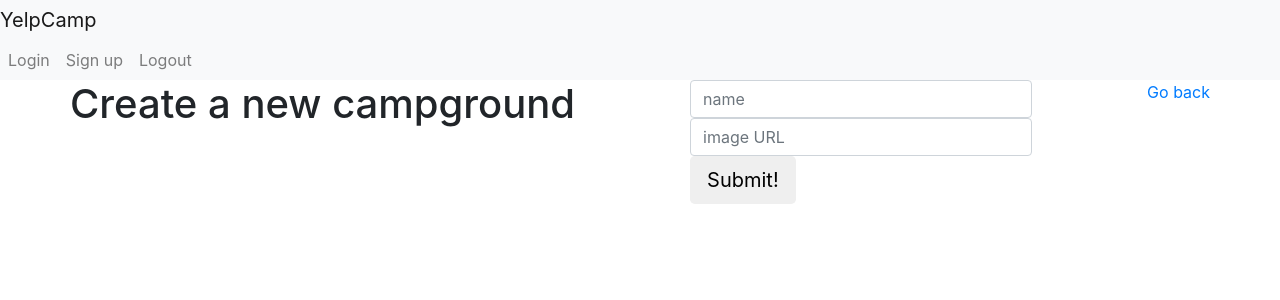
Repository: DevIvanVarela/the-web-developer-bootcamp
Page: http://localhost/campgrounds/new
The author's editor kept a record of every edit. The page is drawn from the files as they stood at one moment, then again after the next edit.
The browser window is 1280 px wide. The pictures show the whole page.
The page is served by the project's Node server (YelpCamp/v1/app.js).

Above is the page before.

### workspace/YelpCamp/v1/views/new.ejs
<% include partials/header %>
<div class="container">
    <div class="row">
        <h1>Create a new campground</h1>
        <div style="width: 30%; margin: 0 auto;">
            <form action="/campgrounds" method="POST">
                <input class="form-control" type="text" name="name" placeholder="name">
                <input class="form-control" type="text" name="image" placeholder="image URL">
                <button class="btn btn-lg btn-default">Submit!</button>
            </form>
        </div>
        <a href="/campgrounds">Go back</a>
    </div>
</div>
<% include partials/footer %>

### workspace/YelpCamp/v1/views/partials/header.ejs
<!DOCTYPE html>
<html>
    <head>
        <title>YelpCamp</title>
        <link rel="stylesheet" href="https://stackpath.bootstrapcdn.com/bootstrap/4.1.3/css/bootstrap.min.css">
    </head>
    <body>
    <nav class="navnavbar navbar-expand-lg navbar-light bg-light">
        <a class="navbar-brand" href="/">YelpCamp</a>
        <div class="collapse navbar-collapse">
            <ul class="navbar-nav mr-auto">
                <li class="nav-item"><a href="/" class="nav-link">Login</a></li>
                <li class="nav-item"><a href="/" class="nav-link">Sign up</a></li>
                <li class="nav-item"><a href="/" class="nav-link">Logout</a></li>
            </ul>
        </div>
    </nav>

### workspace/YelpCamp/v1/app.js
var express = require("express");
var app = express();
var bodyParser = require("body-parser");

app.use(bodyParser.urlencoded({extended: true}));
app.set("view engine", "ejs");

app.get("/", function(req, res) {
    res.render("landing");
});

var campgrounds = [
    { name: "Salmon Creek", image: "https://photosforclass.com/download/flickr-16263386718" },
    { name: "Granite Hill", image: "https://photosforclass.com/download/pixabay-1851092?webUrl=https%3A%2F%2Fpixabay.com%2Fget%2Fe83db40e28fd033ed1584d05fb1d4e97e07ee3d21cac104491f1c07ea3ebb5bf_960.jpg&user=Pexels" },
    { name: "Montain Goat's Rest", image: "https://photosforclass.com/download/pixabay-1208201?webUrl=https%3A%2F%2Fpixabay.com%2Fget%2Fe837b1072af4003ed1584d05fb1d4e97e07ee3d21cac104491f1c07ea3ebb5bf_960.jpg&user=Free-Photos" }
];

app.get("/campgrounds", function(req, res){
   res.render("campgrounds", {campgrounds: campgrounds});
});

app.post("/campgrounds", function(req, res){
    var name = req.body.name;
    var image = req.body.image;

    campgrounds.push({name: name, image: image});

    res.redirect("/campgrounds");
});

app.get("/campgrounds/new", function(req, res){
    res.render("new.ejs");

});

app.listen(process.env.PORT, process.env.IP, function() {
   console.log("The YelpCamp Server has started.");
});

Loaded but not shown: workspace/YelpCamp/v1/views/partials/footer.ejs (common file)

After the next edit:
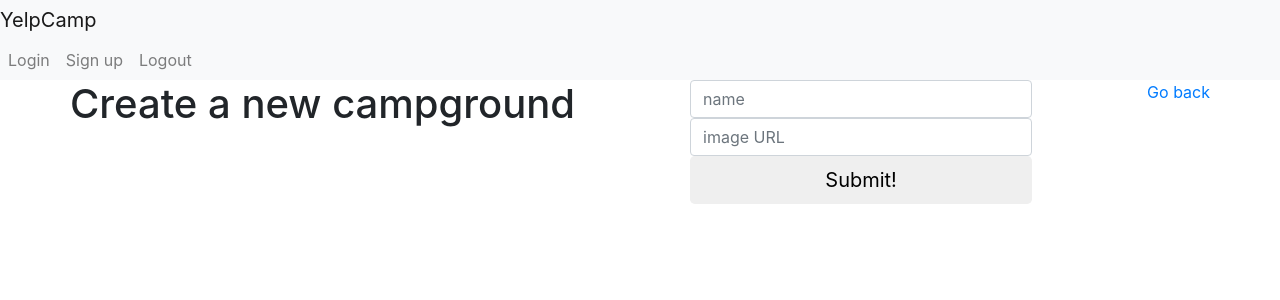
The edit:
--- a/workspace/YelpCamp/v1/views/new.ejs
+++ b/workspace/YelpCamp/v1/views/new.ejs
@@ -6,7 +6,7 @@
             <form action="/campgrounds" method="POST">
                 <input class="form-control" type="text" name="name" placeholder="name">
                 <input class="form-control" type="text" name="image" placeholder="image URL">
-                <button class="btn btn-lg btn-default">Submit!</button>
+                <button class="btn btn-lg btn-default btn-block">Submit!</button>
             </form>
         </div>
         <a href="/campgrounds">Go back</a>
